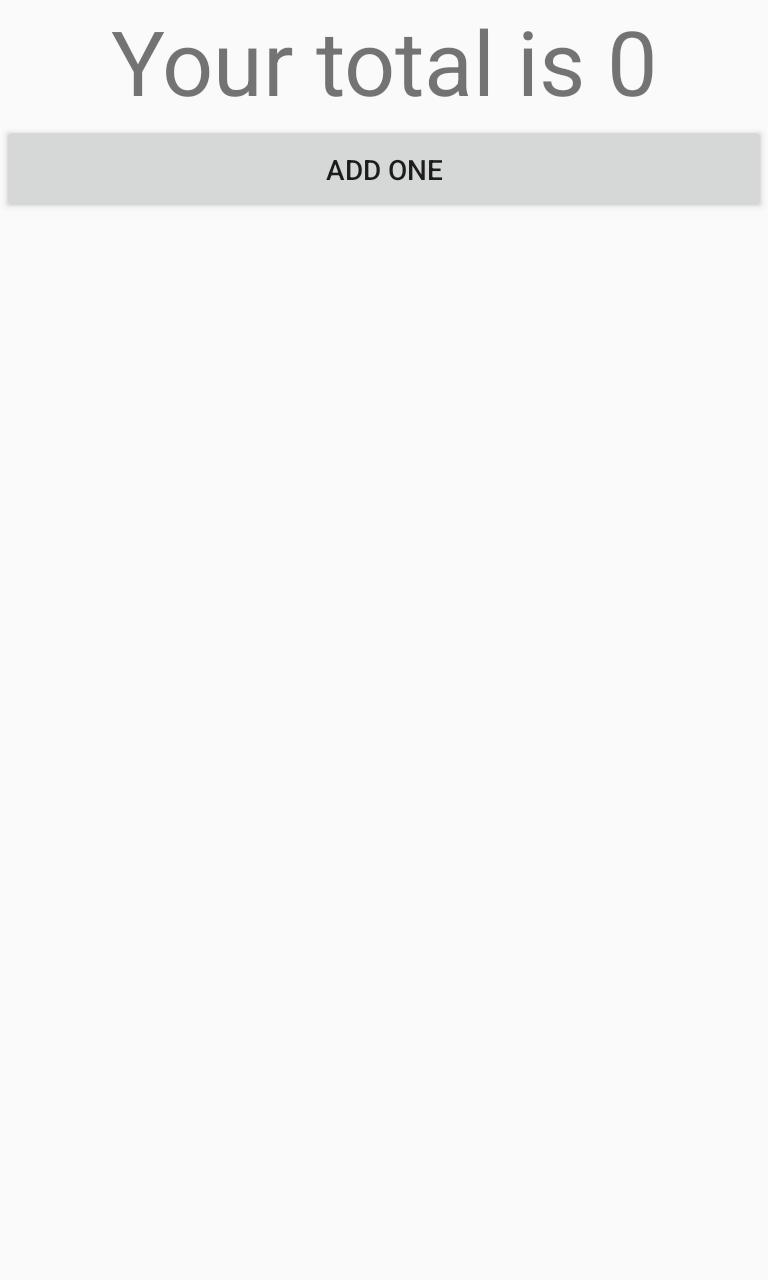
Repository: sumansourabh26/everyday_codes
Layout: android/TheNewBoston/res/layout/activity_starting_point.xml
These files come from the project's save history. The layout is drawn as it stood at one moment and after the next save; the edit follows.
It is drawn on a 768 x 1280 px phone screen (xhdpi) without system bars, with theme AppTheme; the app's code is not run.

Above is the layout before, as saved 2014-06-17 17:25:14.

After the next save:
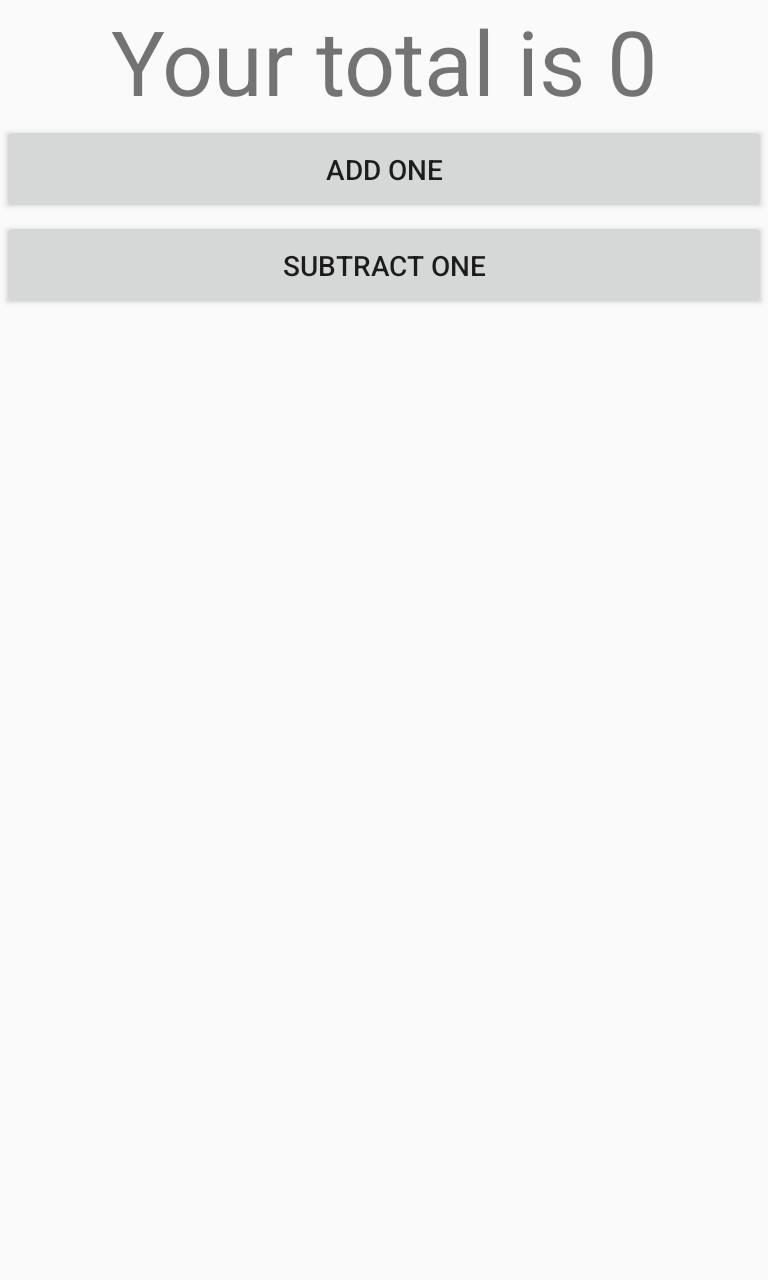
Saved 77 s later.
--- a/android/TheNewBoston/res/layout/activity_starting_point.xml
+++ b/android/TheNewBoston/res/layout/activity_starting_point.xml
@@ -18,7 +18,12 @@
         android:layout_width="fill_parent"
         android:layout_height="wrap_content"
         android:text="Add One"
-
+        android:id="@+id/addButton"
         />
+    <Button
+        android:layout_width="fill_parent"
+        android:layout_height="wrap_content"
+        android:text="Subtract one"
+        android:id="@+id/subtractButton"        />
 
 </LinearLayout>
